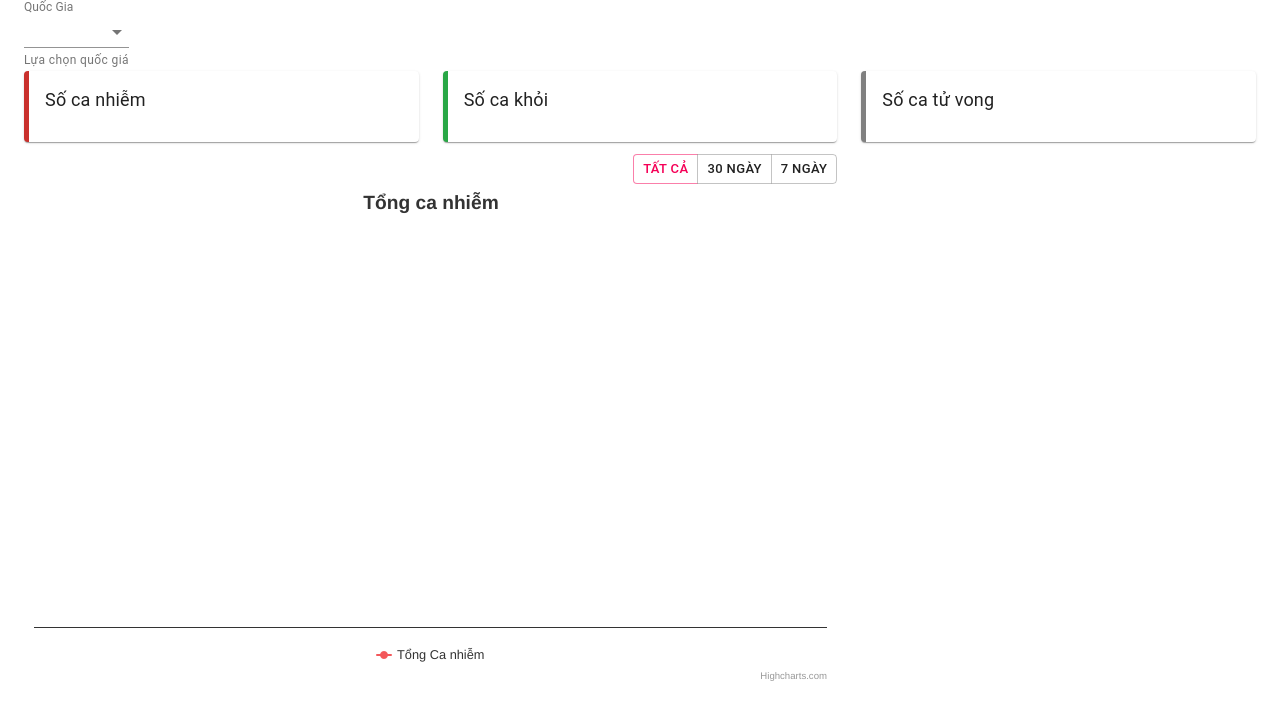
Repository: nguy3nds/covid-app
Page: /
These files come from the project's save history. The page is drawn as it stood at one moment and after the next save; the edit follows.
The browser window is 1280 px wide. The pictures show the whole page.
The page's requests for data from a server got no answer. The project was rebuilt for these pictures with package versions that can differ from the ones it lists, and the page was loaded fresh each time. No one was signed in, and anything a server would have sent is missing. Also part of the build but not shown: src/components/Charts/HighMaps/index.js.

Above is the page before, as saved 2021-10-08 05:04:21.

### src/App.js
import { useEffect, useState } from "react";
import { getCountries } from "./apis";
import CountrySelector from "./components/CountrySelector";
import Highlight from "./components/Highlight";
import Summary from "./components/Summary";
import { getReportByCountry } from "./apis";
import { Container } from "@material-ui/core";

function App() {
  const [countries, setCountries] = useState([]);
  const [selectedCountryId, setSelectedCountryId] = useState("");
  const [report, setReport] = useState([]);

  useEffect(() => {
    getCountries().then((res) => {
      setCountries(res.data);
    });
    setSelectedCountryId("vn");
  }, []);

  useEffect(() => {
    const country = countries.find(
      (country) => country.ISO2.toLowerCase() === selectedCountryId
    );
    if (country) {
      getReportByCountry(country.Slug).then((res) => {
        // xoa di gia tri cuoi cung
        res.data.pop();
        setReport(res.data);
      });
    }
  }, [selectedCountryId, countries]);

  const handleOnChange = (e) => {
    setSelectedCountryId(e.target.value);
  };

  return (
    <Container>
      <CountrySelector
        countries={countries}
        handleOnChange={handleOnChange}
        value={selectedCountryId}
      />
      <Highlight report={report} />
      <Summary countryId={selectedCountryId} report={report} />
    </Container>
  );
}

export default App;

### src/apis/index.js
import axios from "axios";

export const getCountries = () => {
  return axios.get("https://api.covid19api.com/countries");
};

export const getReportByCountry = (country) => {
  return axios.get(`https://api.covid19api.com/dayone/country/${country}`);
};

export const getMapDataByCountryId = (countryId) =>
  import(
    `@highcharts/map-collection/countries/${countryId}/${countryId}-all.geo.json`
  );

### src/components/CountrySelector/index.js
import {
  FormControl,
  InputLabel,
  NativeSelect,
  FormHelperText,
} from "@material-ui/core";
import React from "react";

export default function CountrySelector({ value, handleOnChange, countries }) {
  return (
    <FormControl>
      <InputLabel htmlFor="" shrink>
        Quốc Gia
      </InputLabel>
      <NativeSelect
        value={value}
        onChange={handleOnChange}
        inputProps={{ name: "country", id: "country-selector" }}
      >
        {countries.map((country) => {
          return (
            <option value={country.ISO2.toLowerCase()}>
              {country.Country}
            </option>
          );
        })}
      </NativeSelect>
      <FormHelperText>Lựa chọn quốc giá</FormHelperText>
    </FormControl>
  );
}

### src/components/Highlight/index.js
import React from "react";
import { Grid, Card, CardContent, Typography } from "@material-ui/core";
import HighlightCard from "./HighlightCard";

export default function Highlight({ report }) {
  const data = report.length ? report[report.length - 1] : [];
  console.log("data", data);

  let summary = [
    {
      title: "Số ca nhiễm",
      count: data.Confirmed,
      type: "confirmed",
    },
    {
      title: "Số ca khỏi",
      count: data.Recovered,
      type: "recovered",
    },
    {
      title: "Số ca tử vong",
      count: data.Deaths,
      type: "deaths",
    },
  ];

  return (
    <Grid container spacing={3}>
      {summary.map((item) => (
        <HighlightCard title={item.title} count={item.count} type={item.type} />
      ))}
    </Grid>
  );
}

### src/components/Summary/index.js
import React, { useEffect, useState } from "react";
import { Grid } from "@material-ui/core";
import LineChart from "../Charts/LineChart";
import HighMaps from "../Charts/HighMaps";
import { getMapDataByCountryId } from "../../apis/index";

export default function Summary({ countryId, report }) {
  const [mapData, setMapData] = useState({});

  useEffect(() => {
    if (countryId) {
      getMapDataByCountryId(countryId)
        .then((res) => {
          setMapData(res);
        })
        .catch((err) => console.log({ err }));
    }
  }, [countryId]);

  return (
    <Grid container spacing={3}>
      <Grid item sm={8} xs={12}>
        <LineChart data={report}></LineChart>
      </Grid>
      <Grid item sm={4} xs={12}>
        <HighMaps mapData={mapData} />
      </Grid>
    </Grid>
  );
}

### src/components/Highlight/HighlightCard.js
import React from "react";
import {
  Card,
  CardContent,
  Typography,
  makeStyles,
  Grid,
} from "@material-ui/core";

const useStyle = makeStyles({
  wrapper: (props) => {
    if (props.type === "confirmed") return { borderLeft: "5px solid #c9302c" };
    if (props.type === "recovered") return { borderLeft: "5px solid #28a745" };
    else return { borderLeft: "5px solid gray" };
  },
  title: {
    fontSize: 18,
    marginBottom: 5,
  },
  count: {
    fontWeight: "bold",
    fontSize: 18,
  },
});

export default function HighlightCard({ title, count, type }) {
  const style = useStyle({ type });

  return (
    <Grid item sm={4} xs={12}>
      <Card className={style.wrapper}>
        <CardContent>
          <Typography component="p" variant="body2" className={style.title}>
            {title}
          </Typography>
          <Typography component="span" variant="body2" className={style.count}>
            {count}
          </Typography>
        </CardContent>
      </Card>
    </Grid>
  );
}

### src/components/Charts/LineChart/index.js
// import React, { useEffect, useState } from "react";
// import Highcharts from "highcharts";
// import HighchartsReact from "highcharts-react-official";
// import moment from "moment";
// import { Button, ButtonGroup } from "@material-ui/core";

// const generateOption = (data) => {
//   const categories = [];
//   return {
//     chart: {
//       height: 500,
//     },
//     title: {
//       text: "Tổng ca nhiễm",
//     },
//     xAixis: {
//       categories: categories,
//       crosshair: true,
//     },
//     color: ["#F35858"],
//     yAxis: {
//       min: 0,
//       title: {
//         text: null,
//       },
//     },
//     tooltip: {
//       headerFormat: '<span style="font-size:10px">{point.key}</span>',
//       pointFormat:
//         '<tr><td td style="color:{series.color};padding:0" > { series.name }: </td>' +
//         '<td style="padding:0"><b>{point.y} ca</b></td></tr> ',
//       footerFormat: "</table>",
//       shared: true,
//       useHTML: true,
//     },
//     plotOptions: {
//       column: {
//         pointPadding: 0.2,
//         borderWidth: 0,
//       },
//     },
//     series: [
//       {
//         name: "Tổng ca nhiễm",
//         data: data.map((item) => item.Confimed),
//       },
//     ],
//   };
// };

// export default function LineChart({ data }) {
//   const [options, setOptions] = useState({});

//   useEffect(() => {
//     setOptions(generateOption(data));
//   }, [data]);

//   return <HighchartsReact highcharts={Highcharts} options={options} />;
// }

import React, { useEffect, useState } from "react";
import Highcharts from "highcharts";
import HighchartsReact from "highcharts-react-official";
import moment from "moment";
import { Button, ButtonGroup } from "@material-ui/core";

const generateOptions = (data) => {
  const categories = data.map((item) => moment(item.Date).format("DD/MM/YYYY"));

  return {
    chart: {
      height: 500,
    },
    title: {
      text: "Tổng ca nhiễm",
    },
    xAxis: {
      categories: categories,
      crosshair: true,
    },
    colors: ["#F3585B"],
    yAxis: {
      min: 0,
      title: {
        text: null,
      },
      labels: {
        align: "right",
      },
    },
    tooltip: {
      headerFormat: '<span style="font-size:10px">{point.key}</span><table>',
      pointFormat:
        '<tr><td style="color:{series.color};padding:0">{series.name}: </td>' +
        '<td style="padding:0"><b>{point.y} ca</b></td></tr>',
      footerFormat: "</table>",
      shared: true,
      useHTML: true,
    },
    plotOptions: {
      column: {
        pointPadding: 0.2,
        borderWidth: 0,
      },
    },
    series: [
      {
        name: "Tổng Ca nhiễm",
        data: data.map((item) => item.Confirmed),
      },
    ],
  };
};

export default function LineChart({ data }) {
  const [options, setOptions] = useState({});
  const [reportType, setReportType] = useState("all");
  console.log({ data });

  useEffect(() => {
    let customData = [];
    switch (reportType) {
      case "all":
        customData = data;
        break;
      case "30":
        customData = data.slice(Math.max(data.length - 30, 1));
        break;
      case "7":
        customData = data.slice(Math.max(data.length - 7, 1));
        break;

      default:
        customData = data;
        break;
    }

    setOptions(generateOptions(customData));
  }, [data, reportType]);

  return (
    <>
      <ButtonGroup
        size="small"
        aria-label="small outlined button group"
        style={{
          display: "flex",
          justifyContent: "flex-end",
        }}
      >
        <Button
          color={reportType === "all" ? "secondary" : ""}
          onClick={() => setReportType("all")}
        >
          Tất cả
        </Button>
        <Button
          color={reportType === "30" ? "secondary" : ""}
          onClick={() => setReportType("30")}
        >
          30 ngày
        </Button>
        <Button
          color={reportType === "7" ? "secondary" : ""}
          onClick={() => setReportType("7")}
        >
          7 ngày
        </Button>
      </ButtonGroup>
      <HighchartsReact highcharts={Highcharts} options={options} />
    </>
  );
}

Loaded but not shown: public/index.html (common file); src/index.js (common file); src/index.css (common file)

After the next save:
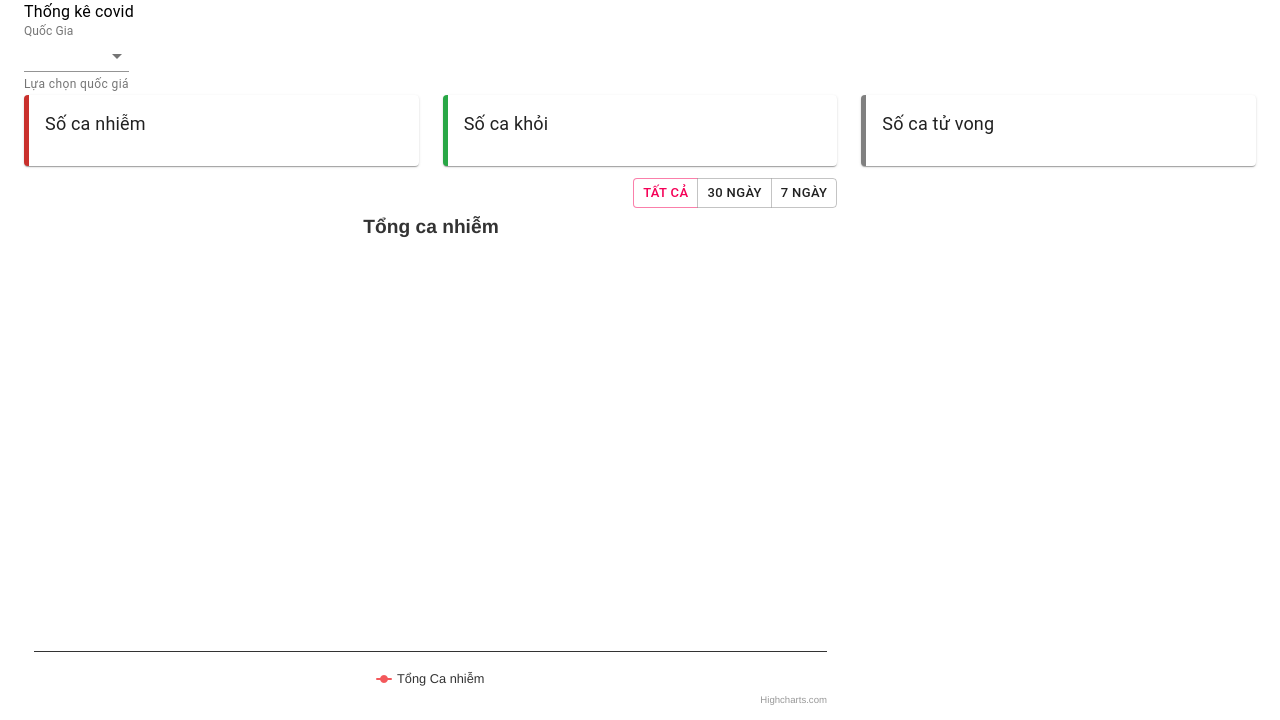
Saved 26 s later.
--- a/src/App.js
+++ b/src/App.js
@@ -4,7 +4,7 @@ import CountrySelector from "./components/CountrySelector";
 import Highlight from "./components/Highlight";
 import Summary from "./components/Summary";
 import { getReportByCountry } from "./apis";
-import { Container } from "@material-ui/core";
+import { Container, Typography } from "@material-ui/core";
 
 function App() {
   const [countries, setCountries] = useState([]);
@@ -37,6 +37,7 @@ function App() {
 
   return (
     <Container>
+      <Typography>Thống kê covid</Typography>
       <CountrySelector
         countries={countries}
         handleOnChange={handleOnChange}
